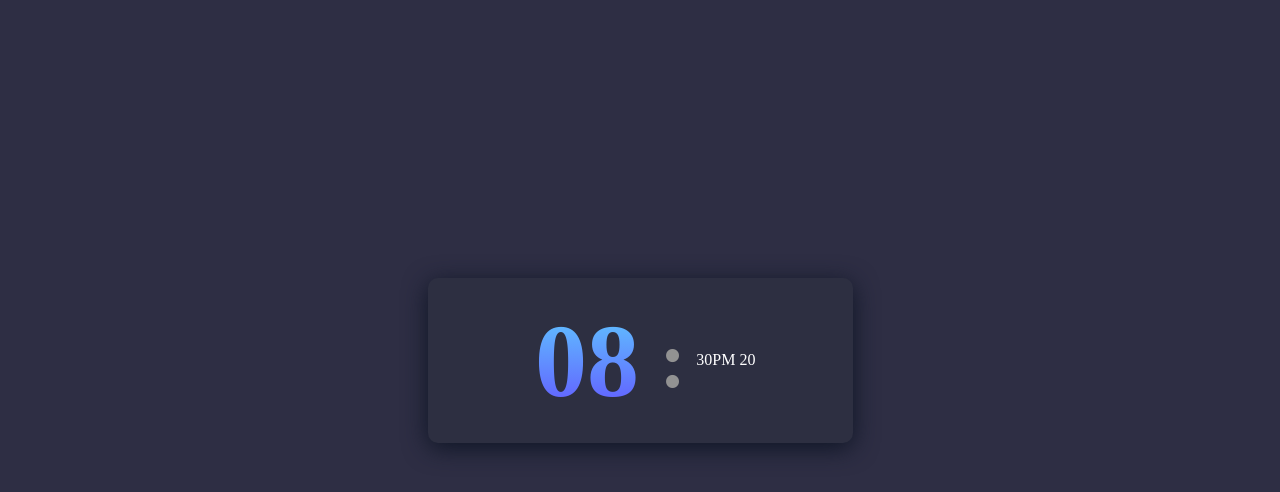
Repository: QUANGTHAI2003/digital-clock
Page: index.html
The author's editor kept a copy of each file at every save. The page is drawn from the files as they stood at one save, then again after the next save.
The browser window is 1280 px wide. The pictures show the whole page.

Above is the page before, as saved 2022-03-26 19:53:17.

### index.html
<!DOCTYPE html>
<html lang="en">
    <head>
        <meta charset="UTF-8" />
        <meta http-equiv="X-UA-Compatible" content="IE=edge" />
        <meta name="viewport" content="width=device-width, initial-scale=1.0" />
        <title>Digital-Clock</title>
        <link rel="stylesheet" href="style.css" />
        <link rel="stylesheet" href="https://unicons.iconscout.com/release/v4.0.0/css/line.css" />
    </head>
    <body>
        <div class="digital-clock">
            <div class="time">
                <span class="hour">08</span>
                <span class="dots">:</span>
                <span class="minute">30</span>
                <div class="right-side">
                    <span class="period">PM</span>
                    <span class="seconds">20</span>
                </div>
            </div>
        </div>
    </body>
</html>

### style.css
@import url('https://fonts.googleapis.com/css2?family=Poppins:ital,wght@0,100;0,200;0,300;0,400;0,500;0,600;0,700;0,800;0,900;1,100;1,200;1,300;1,400;1,500;1,600;1,700;1,800;1,900&display=swap');

* {
    margin: 0;
    padding: 0;
    box-sizing: border-box;
    font-family: 'Poppins'sans-serif;
}

body {
    min-height: 100vh;
    display: flex;
    justify-content: center;
    align-items: center;
    background: #2e2e44;
}

.digital-clock {
    position: relative;
    color: #fff;
    background: #2d2f41;
    width: 425px;
    padding: 20px 45px;
    box-shadow: 0 5px 25px rgba(14, 21, 37, 08);
    border-radius: 10px;
    display: flex;
    justify-content: center;
    align-items: center;
}

.time {
    position: relative;
    display: flex;
    justify-content: center;
    align-items: center;
}

.hour,
.dots,
.minutes {
    display: flex;
    justify-content: center;
    align-items: center;
    font-weight: 600;
    padding: 0 10px;
    line-height: 125px;
}

.hour,
.minutes {
    font-size: 6.5em;
    width: 125px;
}

.dots {
    font-size: 5em;
    color: #929292;
}

.hour {
    background: -webkit-linear-gradient(90deg, #634dff, #5fd4ff);
    -webkit-text-fill-color: transparent;
    -webkit-background-clip: text;
}

.minutes {
    background: -webkit-linear-gradient(90deg, #ff5e9a, I#ffb960);
    -webkit-text-fill-color: transparent;
    -webkit-background-clip: text;
}

After the next save:
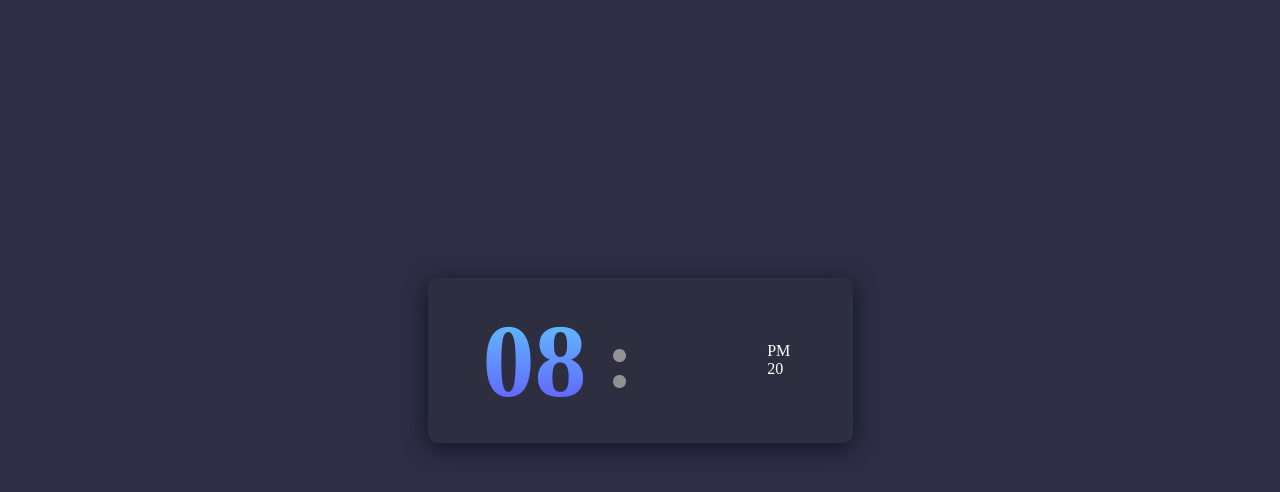
Saved 95 s later.
--- a/index.html
+++ b/index.html
@@ -13,7 +13,7 @@
             <div class="time">
                 <span class="hour">08</span>
                 <span class="dots">:</span>
-                <span class="minute">30</span>
+                <span class="minutes">30</span>
                 <div class="right-side">
                     <span class="period">PM</span>
                     <span class="seconds">20</span>
